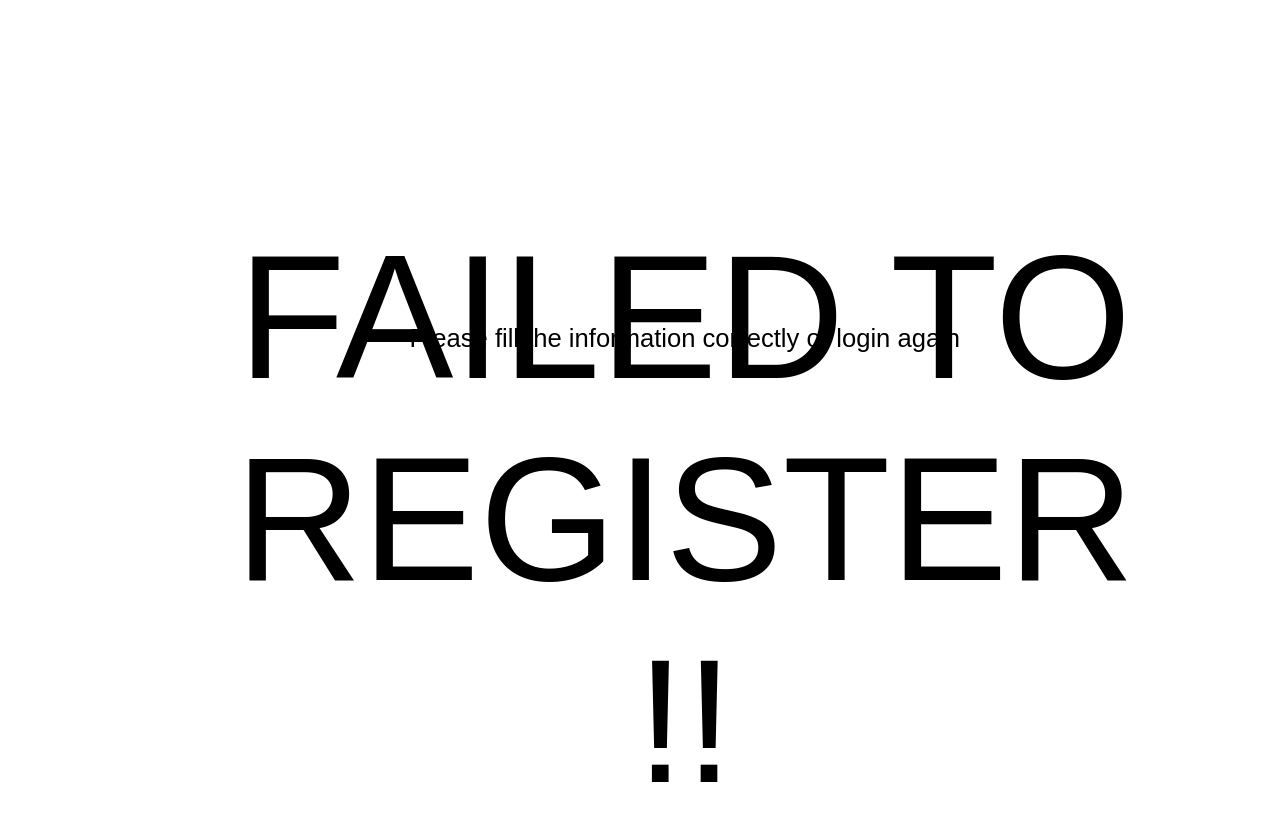
Repository: anujs099/bankingapp
Page: banking-application-final/WebContent/FaliureRegister.html
An editor plug-in stored every save of this project. The page is shown before and after the next save, followed by the edit.
The browser window is 1280 px wide. The pictures show the whole page.
Some web fonts or font styles are not loaded; a fallback is used.

Above is the page before, as saved 2021-03-07 15:36:51.

### banking-application-final/WebContent/FaliureRegister.html
<!DOCTYPE html>
<html>
<head>
<meta charset="ISO-8859-1">
<title>Insert title here</title>
<link rel="stylesheet" href="error.css">
<link href="https://fonts.googleapis.com/css2?family=Nunito+Sans:wght@600;900&display=swap" rel="stylesheet">
</head>
<body>
<div class="failure">FAILED TO REGISTER !!</div>

<div class="message">
Please fill the information correctly or login again</div>

</body>
</html>

### banking-application-final/WebContent/error.css
@charset "ISO-8859-1";

.main{

background-color:purple;
}

.message {
    text-align: center;
    font-family: 'Nunito Sans', sans-serif;
    font-size: 1.6rem;
    position:absolute;
    left: 16%;
    top: 45%;
    width: 75%;
  }

  .failure{
   text-align: center;
    font-family: 'Nunito Sans', sans-serif;
    font-size: 11rem;
    position:absolute;
  	left:16%;
  	top:30%;
  	width:75%;
  }

After the next save:
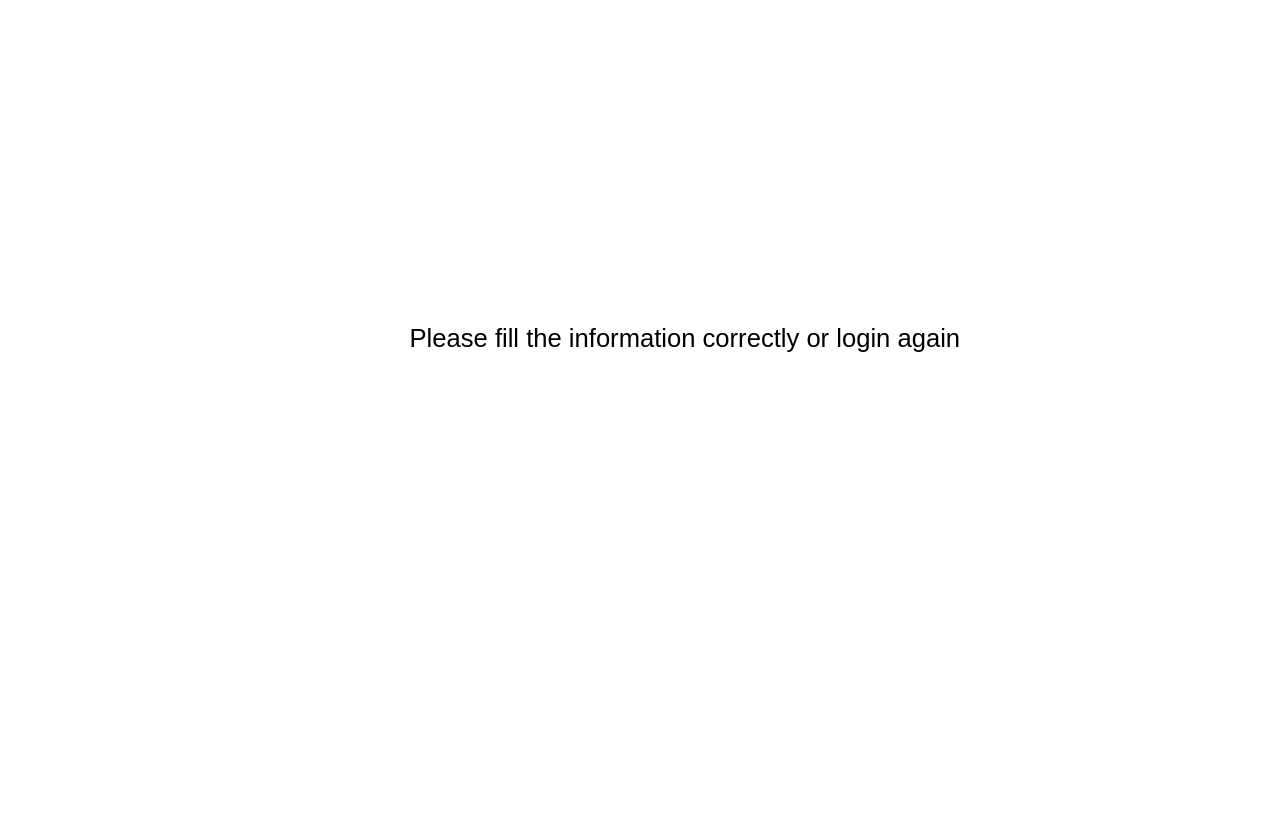
Saved 17 s later.
--- a/banking-application-final/WebContent/error.css
+++ b/banking-application-final/WebContent/error.css
@@ -16,6 +16,7 @@
   }
 
   .failure{
+   color: #ffffff;
    text-align: center;
     font-family: 'Nunito Sans', sans-serif;
     font-size: 11rem;

After the save that followed:
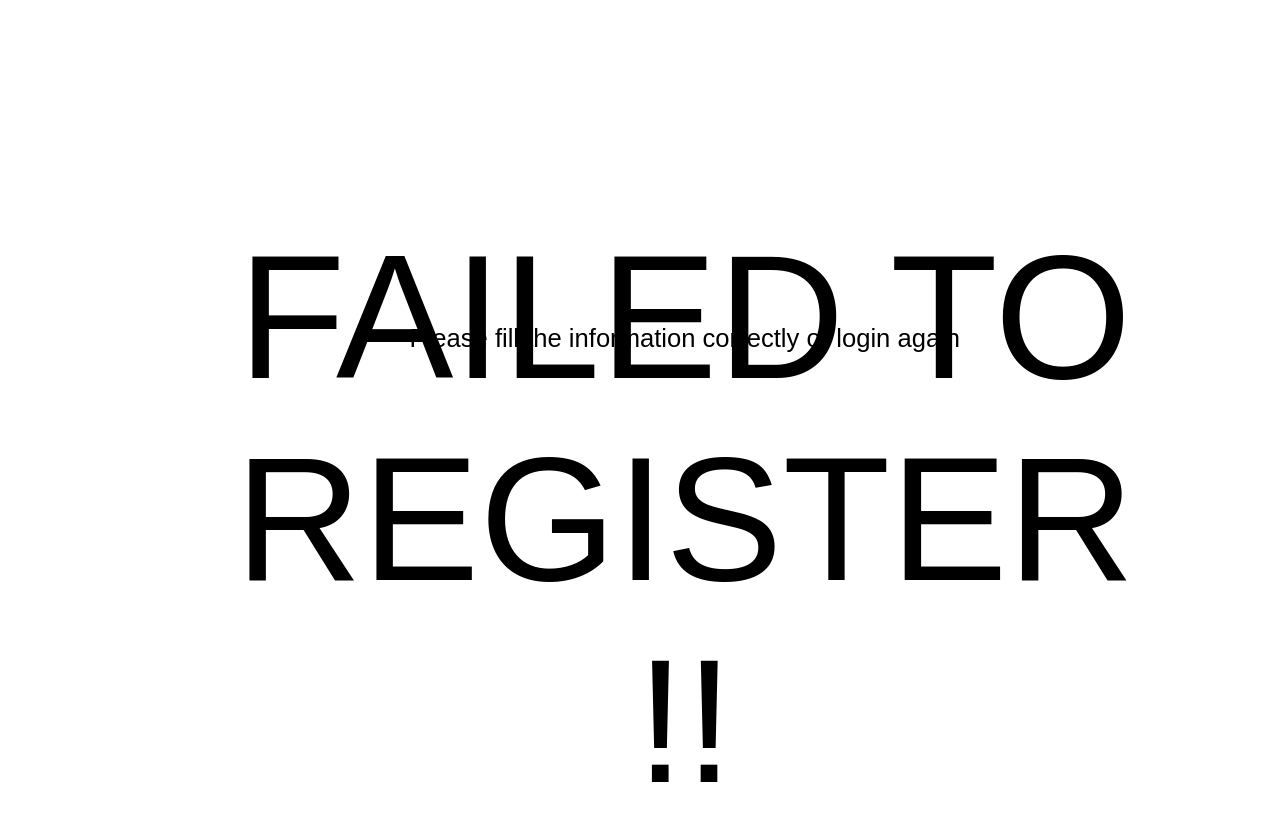
Saved 71 s later.
--- a/banking-application-final/WebContent/error.css
+++ b/banking-application-final/WebContent/error.css
@@ -16,7 +16,7 @@
   }
 
   .failure{
-   color: #ffffff;
+
    text-align: center;
     font-family: 'Nunito Sans', sans-serif;
     font-size: 11rem;
